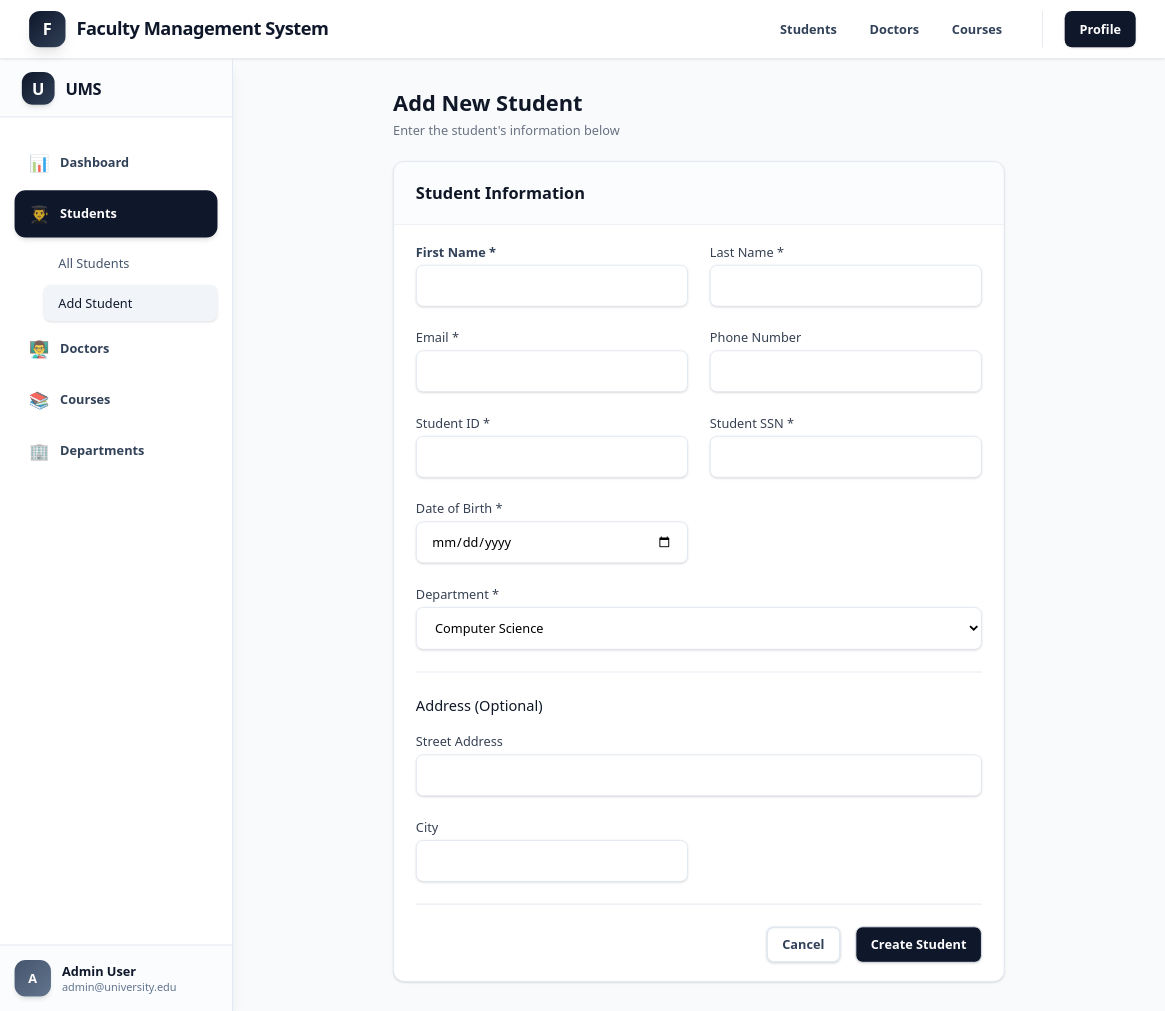
Repository: Mohamedmohsen179/Advanced-DB-Task
Page: /students/new (app in frontend/)
An editor plug-in stored every save of this project. The page is shown before and after the next save, followed by the edit.
The browser window is 1280 px wide. The pictures show the whole page, at 91% of full size.
The page's requests for data from a server got no answer. The project was rebuilt for these pictures with package versions that can differ from the ones it lists, and the page was loaded fresh each time. The framework's server and built-in components were replaced by stand-ins that run in the browser. No one was signed in, and anything a server would have sent is missing. Also part of the build but not shown: frontend/next.config.ts.

Above is the page before, as saved 2025-11-28 19:31:00.

After the next save:
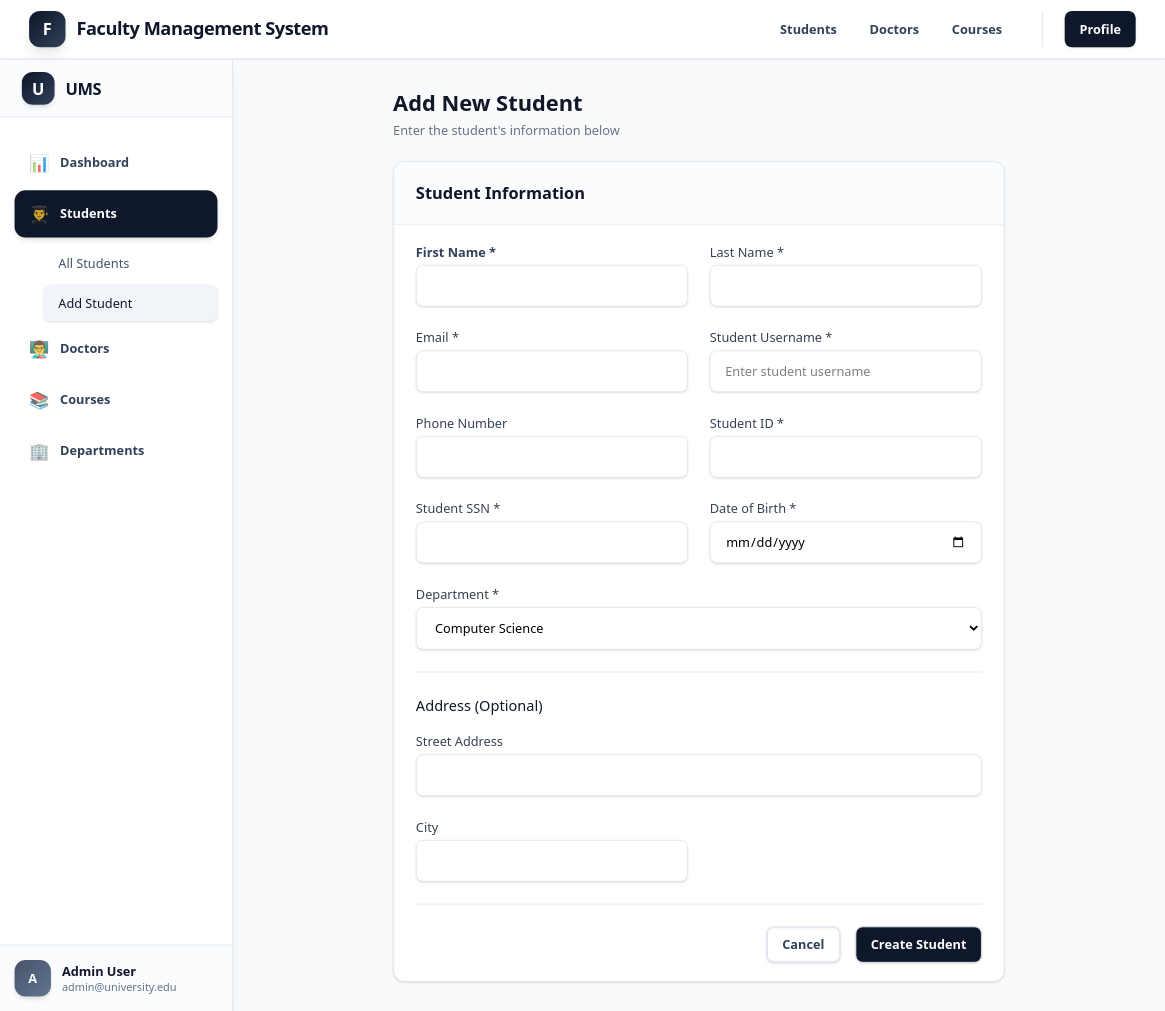
Saved 2 min 36 s later.
--- a/frontend/app/students/new/page.tsx
+++ b/frontend/app/students/new/page.tsx
@@ -150,6 +150,28 @@ export default function NewStudentPage() {
               </div>
 
               <div>
+                <label
+                  htmlFor="studentUsername"
+                  className="block text-sm font-medium text-gray-700"
+                >
+                  Student Username *
+                </label>
+                <input
+                  type="text"
+                  id="studentUsername"
+                  name="studentUsername"
+                  required
+                  value={formData.studentUsername}
+                  onChange={handleInputChange}
+                  placeholder="Enter student username"
+                  className="text-black mt-1 block w-full border border-slate-300 rounded-lg px-4 py-3 text-sm
+           focus:outline-none focus:ring-2 focus:ring-slate-500 focus:border-slate-500
+           transition-all duration-200 bg-white shadow-sm"
+                />
+              </div>
+
+
+              <div>
                 <label htmlFor="phoneNumber" className="block text-sm font-medium text-gray-700">
                   Phone Number
                 </label>
